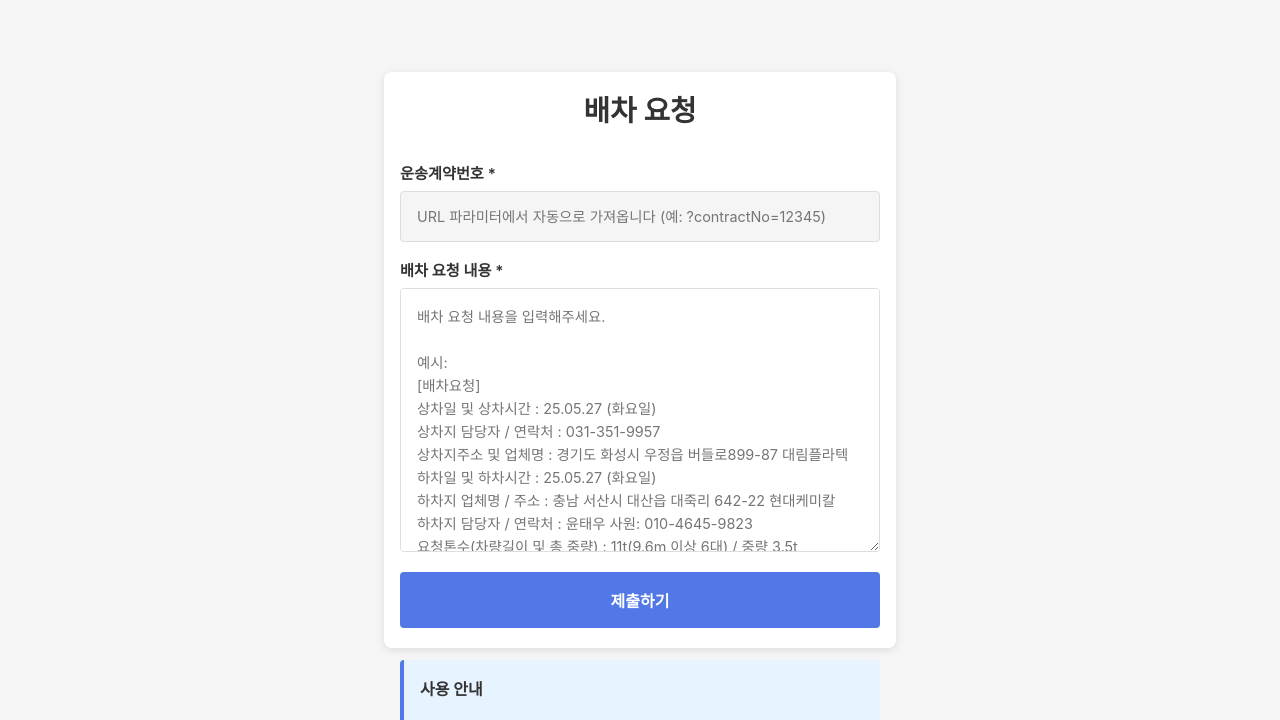
Repository: deul428/logis_transport
Page: / (app in frontend/)
An editor plug-in stored every save of this project. The page is shown before and after a run of saves, followed by the edit.
The browser window is 1280 px wide. The pictures show the whole page.
The project was rebuilt for these pictures with package versions that can differ from the ones it lists, and the page was loaded fresh each time. Also part of the build but not shown: frontend/src/App.scss.

Above is the page before, as saved 2025-11-13 13:53:29.

After the next 4 saves:
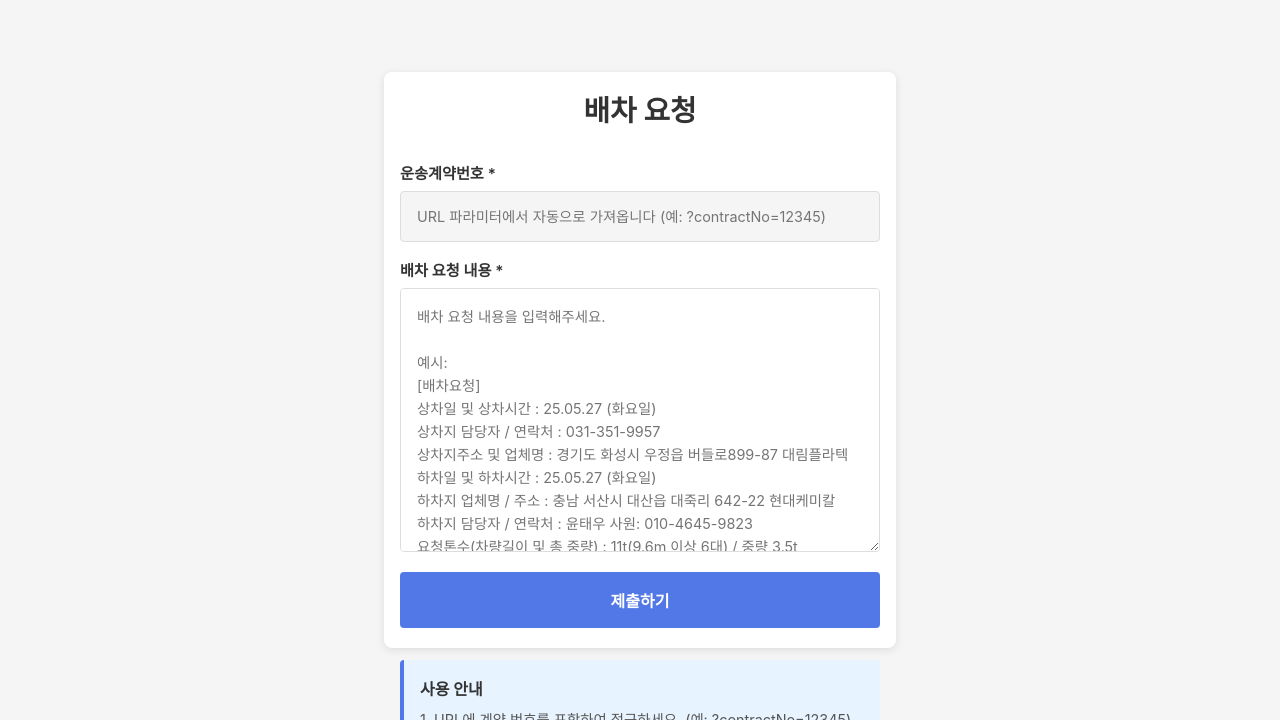
The 4 saves are shown as one change because they came seconds apart.
The last was saved 13 s later.
--- a/frontend/src/styles/transport.scss
+++ b/frontend/src/styles/transport.scss
@@ -173,7 +173,7 @@
         border-radius: 0.25rem;
 
         h3 {
-          margin: 0 0 1rem;
+          margin: 0 0 0.5rem;
           font-size: 1rem;
           color: #333;
         }
